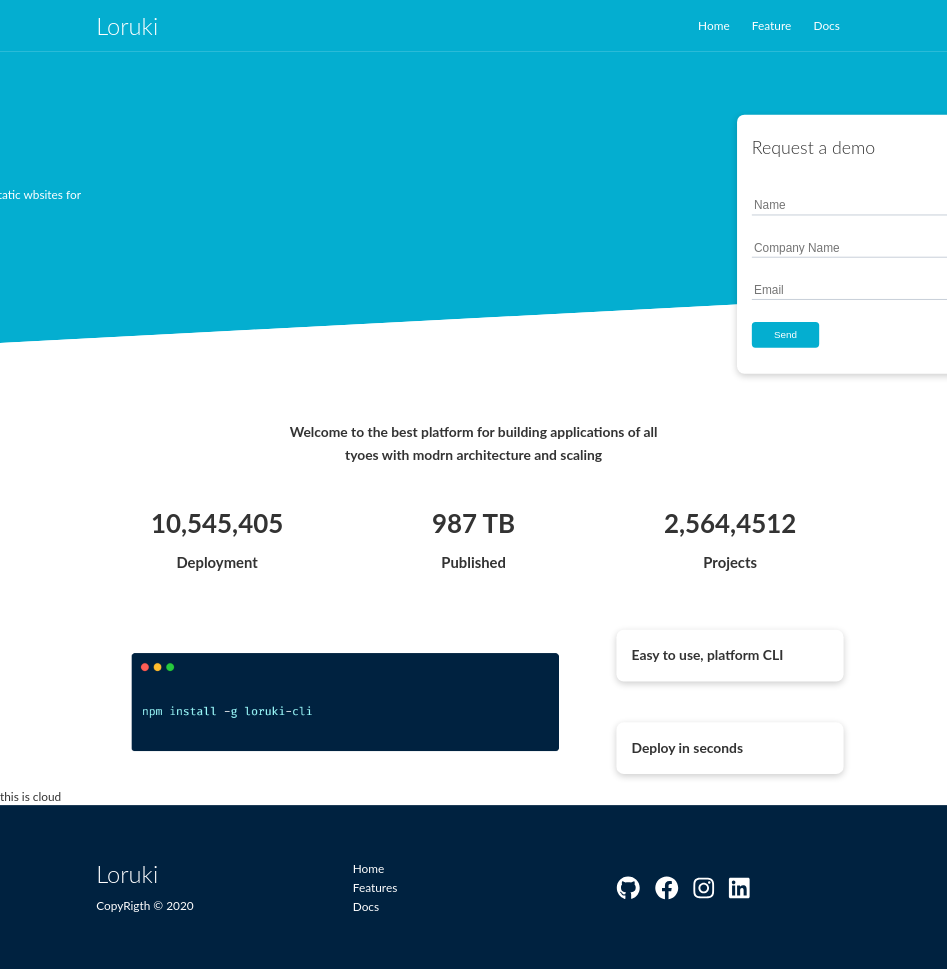
Repository: MosiurRrahman/loruki-app-reactjs
Page: /
These files come from the project's save history. The page is drawn as it stood at one moment and after the next save; the edit follows.
The browser window is 1280 px wide. The pictures show the whole page, at 74% of full size.
The project was rebuilt for these pictures with package versions that can differ from the ones it lists, and the page was loaded fresh each time. Also part of the build but not shown: src/components/app.jsx.

Above is the page before, as saved 2021-10-05 17:18:50.

After the next save:
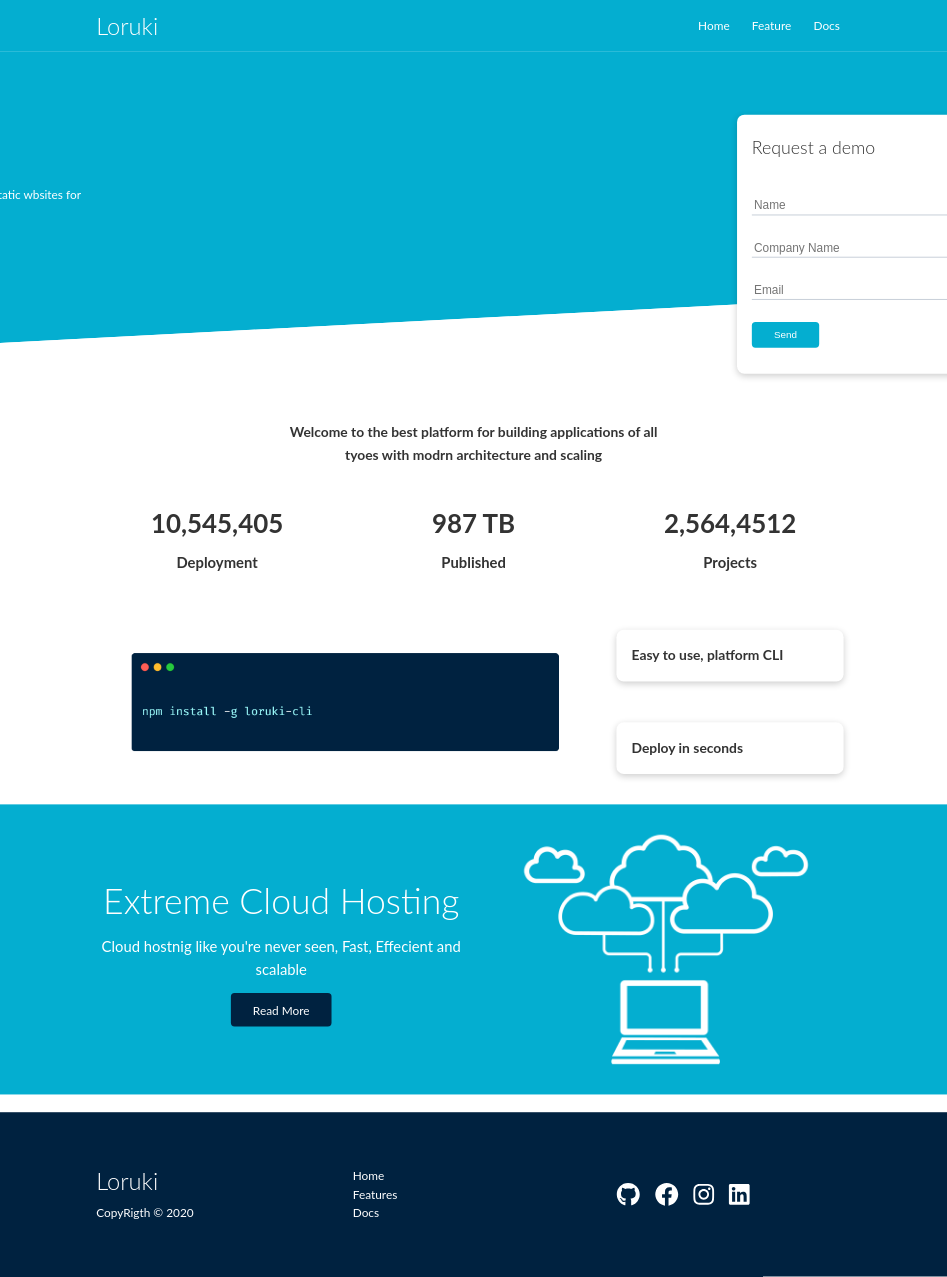
Saved 28 min 31 s later.
--- a/src/components/pages/home/Cloud.js
+++ b/src/components/pages/home/Cloud.js
@@ -1,13 +1,28 @@
-import React, { Component } from 'react';
+import React, { Component } from "react";
+import image from "../../../assets/images/cloud.png";
 
 class Cloud extends Component {
-    render() {
-        return (
-            <div>
-                this is cloud
+  render() {
+    return (
+      <>
+        <section class="cloud bg-primary my-2 py-2">
+          <div class="container grid">
+            <div class="text-center">
+              <h2 class="lg">Extreme Cloud Hosting</h2>
+              <p class="lead my-1">
+                Cloud hostnig like you're never seen, Fast, Effecient and
+                scalable
+              </p>
+              <a href="feature.html" class="btn btn-dark">
+                Read More
+              </a>
             </div>
-        );
-    }
+            <img src={image} alt="" />
+          </div>
+        </section>
+      </>
+    );
+  }
 }
 
 export default Cloud;
